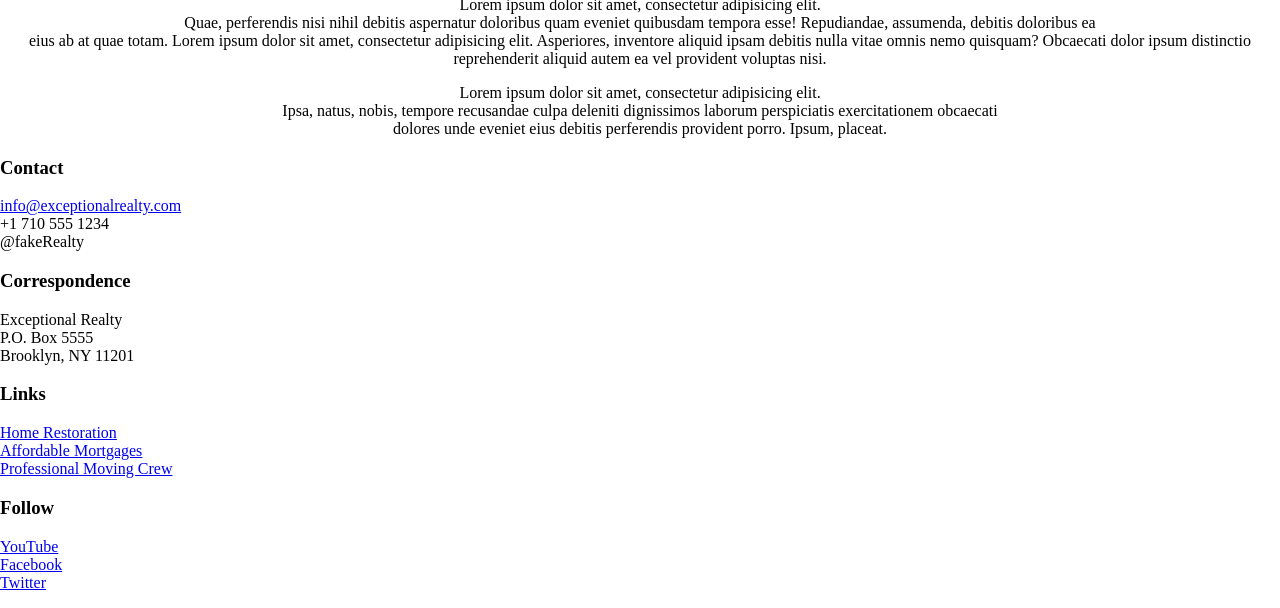
Repository: peterclermy232/phase-0-css-fundamentals-lab
Page: index.html
The author's editor kept a copy of each file at every save. The page is drawn from the files as they stood at one save, then again after a run of saves.
The browser window is 1280 px wide. The pictures show the part of the page from y = 456 to 1082 px (the page is 1064 px tall before and 1082 px after).
A picture or video elsewhere on the page could not be fetched, so the positions and the page height are approximate.

Above is the page before, as saved 2022-05-29 19:39:52.

After the next 2 saves:
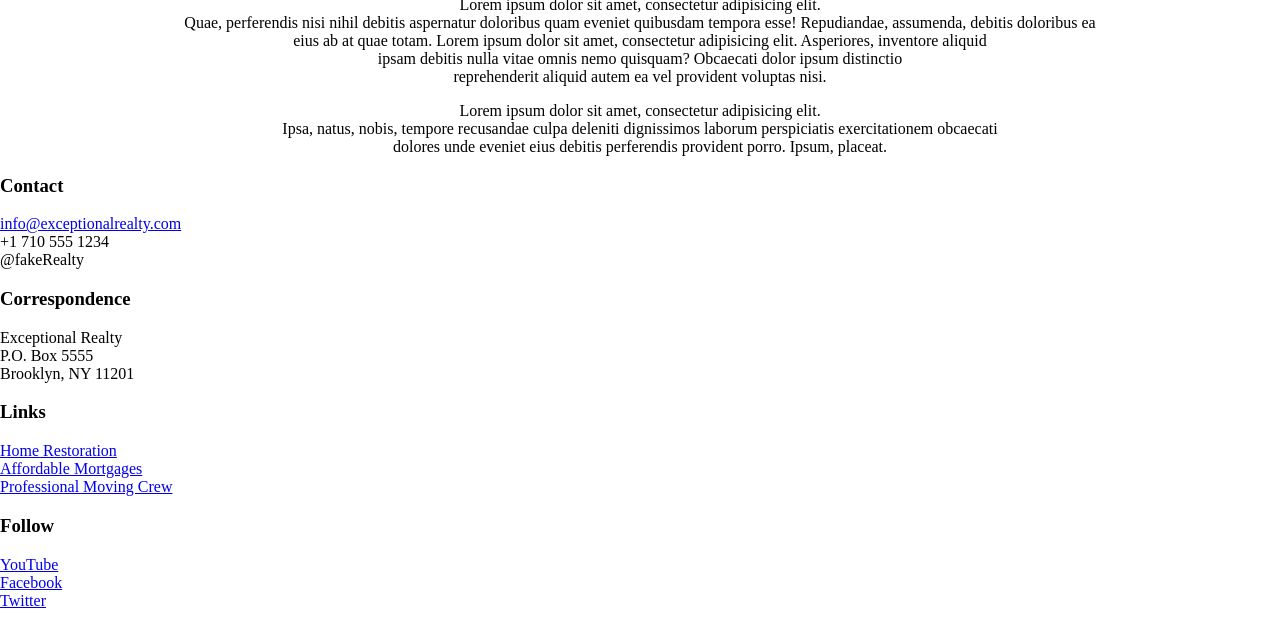
The 2 saves are shown as one change because they came seconds apart.
The last was saved 42 s later.
--- a/index.html
+++ b/index.html
@@ -27,7 +27,7 @@
         <figcaption>345 Carl Street Apt 12, Carrol Rd. Brooklyn, NY - Photo by Denise Richards.</figcaption>
       </figure>
 
-      <p class="text">Lorem ipsum dolor sit amet, consectetur adipisicing elit.<br> Quae, perferendis nisi nihil debitis aspernatur doloribus quam eveniet quibusdam tempora esse! Repudiandae, assumenda, debitis doloribus ea<br> eius ab at quae totam. Lorem ipsum dolor sit amet, consectetur adipisicing elit. Asperiores, inventore aliquid ipsam debitis nulla vitae omnis nemo quisquam? Obcaecati dolor ipsum distinctio<br> reprehenderit aliquid autem ea vel provident voluptas nisi.</p>
+      <p class="text">Lorem ipsum dolor sit amet, consectetur adipisicing elit.<br> Quae, perferendis nisi nihil debitis aspernatur doloribus quam eveniet quibusdam tempora esse! Repudiandae, assumenda, debitis doloribus ea<br> eius ab at quae totam. Lorem ipsum dolor sit amet, consectetur adipisicing elit. Asperiores, inventore aliquid <br>ipsam debitis nulla vitae omnis nemo quisquam? Obcaecati dolor ipsum distinctio<br> reprehenderit aliquid autem ea vel provident voluptas nisi.</p>
       <p class="text">Lorem ipsum dolor sit amet, consectetur adipisicing elit. <br>Ipsa, natus, nobis, tempore recusandae culpa deleniti dignissimos laborum perspiciatis exercitationem obcaecati<br> dolores unde eveniet eius debitis perferendis provident porro. Ipsum, placeat.</p>
     </section>
 
